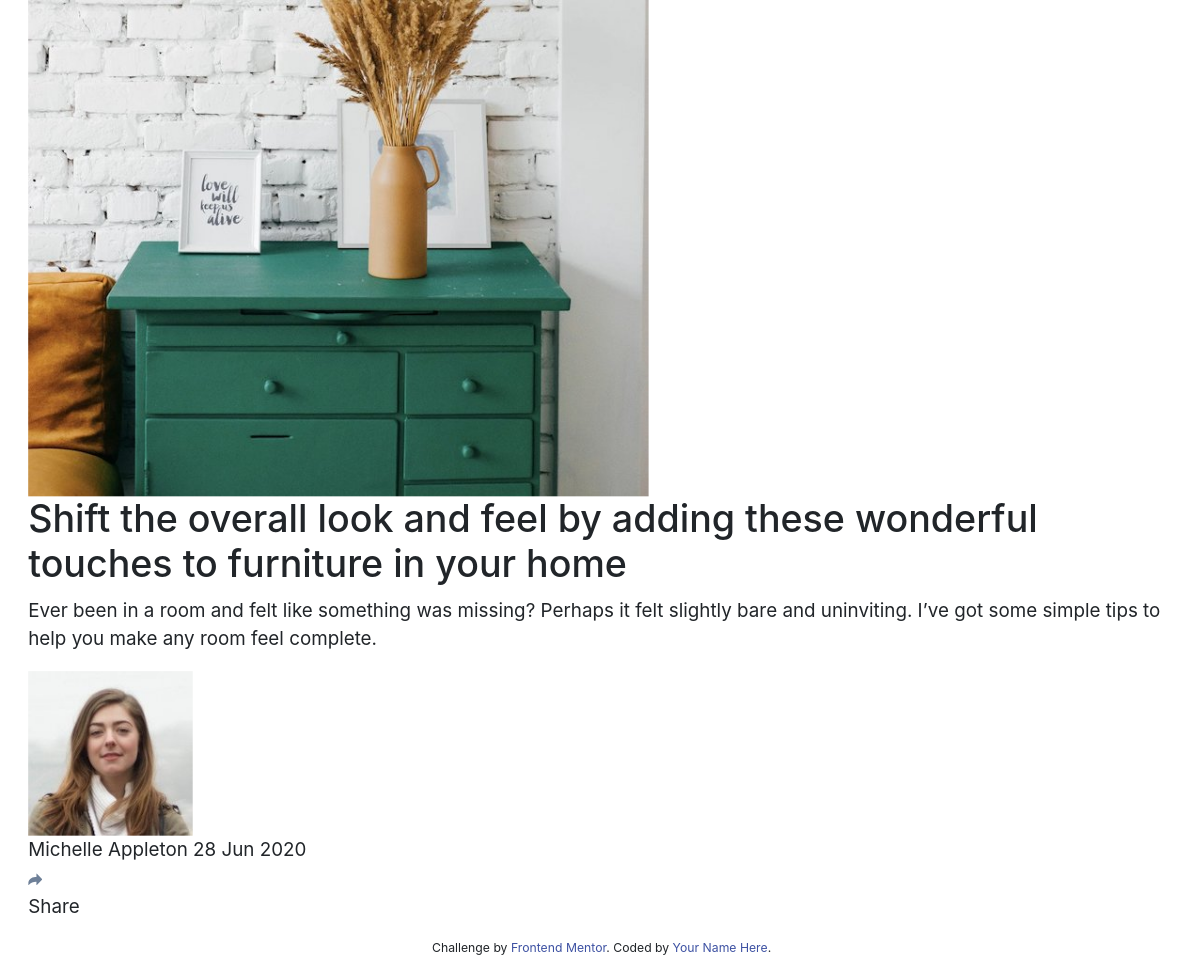
Repository: timiodulate/Article-Preview-Component
Page: index.html
These files come from the project's save history. The page is drawn as it stood at one moment and after a run of saves; the edit follows.
The browser window is 1280 px wide. The pictures show the whole page, at 94% of full size.

Above is the page before, as saved 2020-07-11 11:14:49.

### index.html
<!DOCTYPE html>
<html lang="en">
<head>
  <meta charset="UTF-8">
  <meta name="viewport" content="width=device-width, initial-scale=1.0"> <!-- displays site properly based on user's device -->

  <link rel="icon" type="image/png" sizes="32x32" href="./images/favicon-32x32.png">

  <!-- Bootstrap -->
  <link rel="stylesheet" href="./css/bootstrap.min.css">

  <!-- Custom Style -->
  <link rel="stylesheet" href="./css/style.css">

  <title>Frontend Mentor | Article preview component</title>
</head>
<body>
  <div class="container col d-flex flex-column justify-content-between">
    <div class="cardContainer col d-flex-column">

      <img src="./images/drawers.jpg" alt="">

      <div class="textContainer">
        <h2>
          Shift the overall look and feel by adding these wonderful
          touches to furniture in your home
        </h2>
        <p>
          Ever been in a room and felt like something was missing? Perhaps
          it felt slightly bare and uninviting. I’ve got some simple tips
          to help you make any room feel complete.
        </p>
        <div class="userDetails ">
          <img src="./images/avatar-michelle.jpg" alt="">
          <div class="nameDate">
            Michelle Appleton
            28 Jun 2020
          </div>
          <img src="./images/icon-share.svg" alt="">
        </div>
      </div>



      Share
    </div>
    <div class="attribution">
      Challenge by <a href="https://www.frontendmentor.io?ref=challenge" target="_blank">Frontend Mentor</a>.
      Coded by <a href="#">Your Name Here</a>.
    </div>
  </>

  <script src="https://code.jquery.com/jquery-3.5.1.slim.min.js" integrity="sha384-DfXdz2htPH0lsSSs5nCTpuj/zy4C+OGpamoFVy38MVBnE+IbbVYUew+OrCXaRkfj" crossorigin="anonymous"></script>
  <script src="./js/bootstrap.min.js"></script>
</body>
</html>

### css/style.css
@import url('http://fonts.googleapis.com/css?family=Raleway:400|Open+Sans:500');

/* Global Resets */
* {
    padding: 0;
    margin: 0;
    box-sizing: border-box;
}

html {
    font-size: 20px;

    /* font-family */
    --header: Raleway;
    --body: Open Sans;

    /* font-weight */
    --normal: 400;
    --bold: 700;

    /* color */
    --footer: hsl(243, 87%, 12%);
    --last-section: hsl(238, 22%, 44%);
    --button: hsl(224, 93%, 58%);
    --anchor: hsl(170, 45%, 43%);
    --card-bg: hsl(240, 75%, 98%);
    --placeholder: hsl(0, 0%, 75%);
    --text: white;
}

/* Dark mode */
/* html[data-theme = 'dark'] {

} */

body {
    height: 100vh;
    width: 100vw;
    /* background-image: url(../images/bg-intro-desktop.png); */
    /* background-color: var(--red); */
    /* background-blend-mode: screen; */
}

button {
    cursor: pointer;
    padding: 12px 50px;
    border: none;
    border-radius: .3rem;
    font-size: .7rem;
    font-family: var(--header), sans-serif;

    background-color: var(--button);
    color: white;
}

ul {
    list-style: none;
}

li {
    text-decoration: none;
}

a  {
    text-decoration: none;
}



/* header */
.container {
    width: 100%;
    height: 100%;
}

/* nav */



/* main */


/* section */



/* footer */
footer .footer-container {
    display: grid;
    grid-template-columns: repeat(4, 1fr);
    margin-bottom: 30px;
}
.attribution {
    font-size: 13px;
    text-align: center;
    /* color: var(--text); */
    padding: 20px;
}
.attribution a {
    color: hsl(228, 45%, 44%);
    text-decoration: none;
}



/* Media Queries - Responsiveness */
/* LG - Large Screen */
/* @media only screen and (max-width: 992px) {

} */

/* MD - Medium Screen */
/* @media only screen and (max-width: 765px) {
    body {
        justify-content: initial;
	height: fit-content;
    }

    footer .footer-container {
        grid-template-columns: 1fr;
        margin-bottom: 20px;
        row-gap: 15px;
    }

    .attribution {
        font-size: .6rem;
        padding: 20px 10px;
        color: white;
    }
} */

/* SM - Small Screen */
/* @media only screen and (max-width: 576px){

} */


/* @timiodulate css template */

Loaded but not shown: css/bootstrap.min.css (library); js/bootstrap.min.js (library)

After the next 5 saves:
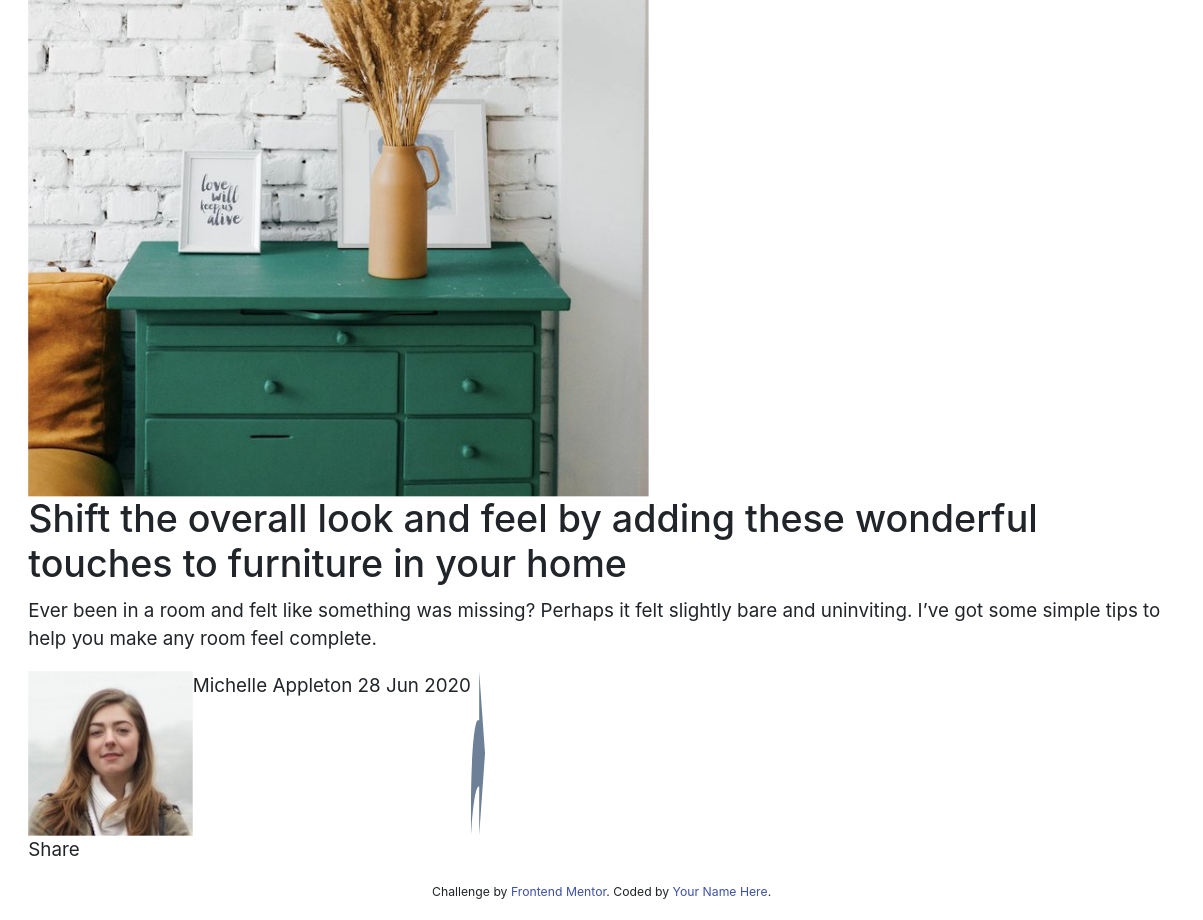
The 5 saves are shown as one change because they came seconds apart.
The last was saved 11 s later.
--- a/index.html
+++ b/index.html
@@ -30,7 +30,7 @@
           it felt slightly bare and uninviting. I’ve got some simple tips
           to help you make any room feel complete.
         </p>
-        <div class="userDetails ">
+        <div class="userDetails d-flex ">
           <img src="./images/avatar-michelle.jpg" alt="">
           <div class="nameDate">
             Michelle Appleton
